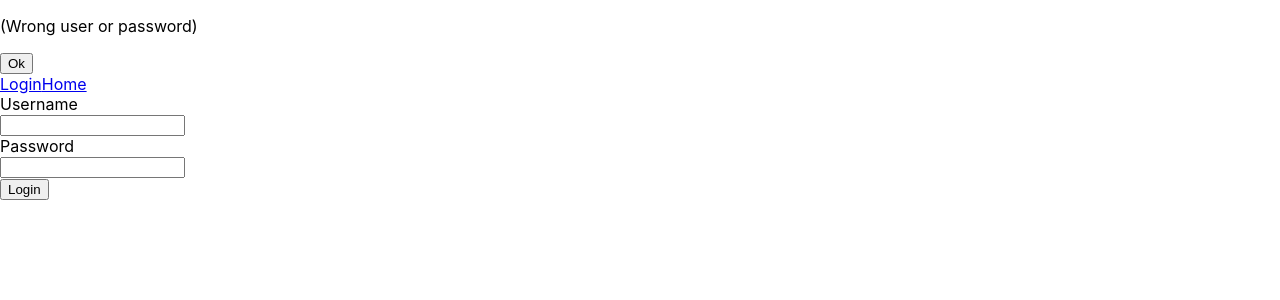
Repository: alinasuciu/endava-test
Page: /login, after clicking the first element matching `button`
These files come from the project's save history. The page is drawn as it stood at one moment and after the next save; the edit follows.
The browser window is 1280 px wide. The pictures show the whole page.
The project was rebuilt for these pictures with package versions that can differ from the ones it lists, and the page was loaded fresh each time. Also part of the build but not shown: src/views/Homepage/index.js, src/components/ProtectedRoute/index.js.

Above is the page before, as saved 2022-08-03 22:25:39.

### src/index.js
import React from 'react';
import ReactDOM from 'react-dom/client';
import { BrowserRouter } from "react-router-dom";
import './index.css';
import App from './App';
import reportWebVitals from './reportWebVitals';

const { createMemoryHistory } = require("history");

const history = createMemoryHistory();

const root = ReactDOM.createRoot(document.getElementById('root'));
root.render(
  <React.StrictMode>
    <BrowserRouter location={history.location} navigator={history}>
      <App />
    </BrowserRouter>
  </React.StrictMode>
);

// If you want to start measuring performance in your app, pass a function
// to log results (for example: reportWebVitals(console.log))
// or send to an analytics endpoint. Learn more: https://bit.ly/CRA-vitals
reportWebVitals();

### src/App.js
import React from "react";
import ViewRoutes from "./views/routes";
import { ApiErrorProvider } from "./common/providers";
import { AuthProvider } from "./common/providers";
import ApiErrorNotification from "./components/ApiErrorNotification";
import Header from "./layout/Header";

const App = () => {

  return (
    <div className="App">
      <ApiErrorProvider>
        <ApiErrorNotification />
        <AuthProvider>
          <>
            <Header />
            <ViewRoutes />
          </>
        </AuthProvider>
      </ApiErrorProvider>
    </div>
  );
};

export default App;

### src/views/routes/index.js
import React from "react";
import { Routes, Route, Navigate } from "react-router-dom";
import Homepage from "../Homepage";
import Login from "../Login";
import { useAuth } from "../../common/hooks";
import { ProtectedRoute } from "../../components/ProtectedRoute";

const ViewRoutes = () => {
  const { isLoggin } = useAuth();
  return (
    <Routes>
      <Route
        exact
        path="/login"
        element={isLoggin ? <Navigate replace to="/" /> : <Login />}
      />
      <Route
        path="/"
        element={
          <ProtectedRoute>
            <Homepage />
          </ProtectedRoute>
        }
      />
    </Routes>
  );
};

export default ViewRoutes;

### src/common/providers/index.js
import React, { useState, useCallback } from "react";
import { fakeAuth } from "../../service";
import { setUserCookie, deleteUserCookie } from "../../utils";
import { useApiError } from "../hooks";

export const ApiErrorContext = React.createContext({
  error: null,
  addError: () => {},
  removeError: () => {},
});

export function ApiErrorProvider({ children }) {
  const [error, setError] = useState(null);

  const removeError = () => setError(null);

  const addError = (message, status) => setError({ message, status });

  const contextValue = {
    error,
    addError: useCallback((message, status) => addError(message, status), []),
    removeError: useCallback(() => removeError(), []),
  };

  return (
    <ApiErrorContext.Provider value={contextValue}>
      {children}
    </ApiErrorContext.Provider>
  );
}

export const AuthContext = React.createContext({
  isLoggin: null,
  onLogin: () => {},
  onLogout: () => {},
});

export const AuthProvider = ({ children }) => {
  const [isLoggin, setIsLoggin] = React.useState(null);
  const { addError } = useApiError();

  const onLogin = async (user, pass) => {
    try {
      await fakeAuth(user, pass);
      setIsLoggin(true);
      setUserCookie("666666");
    } catch (error) {
      addError(error.message);
    }
  };

  const onLogout = () => {
    setIsLoggin(null);
    deleteUserCookie("666666");
  };

  const contextValue = {
    isLoggin,
    onLogin: useCallback((user, pass) => onLogin(user, pass), []),
    onLogout: useCallback(() => onLogout(), []),
  };

  return (
    <AuthContext.Provider value={contextValue}>{children}</AuthContext.Provider>
  );
};

### src/components/ApiErrorNotification/index.js
import { useApiError } from "../../common/hooks";

export default function ApiErrorNotification() {
  const { error, removeError } = useApiError();

  const handleSubmit = () => {
    removeError();
  };

  return (
    error && (
      <div>
        {error.message && <p>({error.message})</p>}
        <button onClick={handleSubmit}>Ok</button>
      </div>
    )
  );
}

### src/layout/Header/index.js
import { Link } from "react-router-dom";
import { useAuth } from "../../common/hooks";

export default function Header() {
  const { isLoggin, onLogout } = useAuth();
  return (
    <header className="header">
      <div className="header__content">
        <Link to={"/login"}>Login</Link>
        <Link to="/">Home</Link>
        {isLoggin && (
          <button type="button" onClick={() => onLogout()}>
            Sign Out
          </button>
        )}
      </div>
    </header>
  );
}

### src/views/Login/index.js
import React from "react";
import Form from "./Form";

export default function Login() {
  return <Form />;
}

### src/common/hooks/index.js
import { useContext } from "react";
import { ApiErrorContext, AuthContext } from "../providers";

export function useApiError() {
  const { error, addError, removeError } = useContext(ApiErrorContext);
  return { error, addError, removeError };
}

export function useAuth() {
  const { isLoggin, onLogin, onLogout } = useContext(AuthContext);
  return { isLoggin, onLogin, onLogout };
}

### src/service/index.js
import api from "../api";

const userData = {
  user: "alina",
  pass: "alina",
};

export const getProductById = (id) => {
  return api({ url: `product/${id}` });
};

export const fakeAuth = (user, pass) => {
  if (userData.user === user && userData.pass === pass) {
    return Promise.resolve({ user, pass });
  } else {
    return Promise.reject(new Error("Wrong user or password"));
  }
};

### src/utils/index.js
export function setUserCookie(token) {
  var now = new Date();
  var time = now.getTime();
  var expireTime = time + 50000;
  now.setTime(expireTime);
  document.cookie =
    "token="+token+";expires=" + now.toUTCString();
}

export function deleteUserCookie(token) {
    document.cookie = "token=;expires=Thu, 18 Dec 2013 12:00:00 UTC";
}

### src/components/Button/index.js
import React from "react";

export default function Button({ type, children, onClick }) {
  return (
    <button type={type} onClick={onClick}>
      {children}
    </button>
  );
}

### src/views/Login/Form/index.js
import React, { useState, useEffect } from "react";
import InputPasswordComponent from "../../../components/InputPasswordComponent";
import InputTextComponent from "../../../components/InputTextComponent";
import Button from "../../../components/Button";
import { useAuth } from "../../../common/hooks";

export default function LoginForm() {
  const [password, setPassword] = useState("");
  const [username, setUsername] = useState("");
  const { isLoggin, onLogin } = useAuth();

  useEffect(() => {
    setPassword('');
    setUsername('');
  }, [isLoggin]);

  return (
    <div className="login-form">
      <form>
        <InputTextComponent
          name="name"
          id="login-user"
          onChange={setUsername}
          label="Username"
          value={username}
        />
        <InputPasswordComponent
          name="pass"
          id="login-pass"
          onChange={setPassword}
          label="Password"
          value={password}
        />
        <Button type="button" onClick={() => onLogin(username, password)}>
          Login
        </Button>
      </form>
    </div>
  );
}

### src/api/index.js
import axios from "axios";
import { API_BASE } from "../service/envConstants";

const config = {
  headers: {
    "Access-Control-Allow-Origin": "*",
  },
  baseURL: `${API_BASE}/api/`,
};
const axiosInstance = axios.create(config);

const api = async (options) => {
  try {
    const response = await axiosInstance(options);
    return response.data;
  } catch (error) {
    return Promise.reject(error.response.headers['x-message']);
  }
};

export default api;

### src/components/InputPasswordComponent/index.js
import React from "react";

export default function InputPasswordComponent({
  cssClasses,
  error,
  id,
  label,
  required,
  onChange,
  ...rest
}) {
  return (
    <label htmlFor={id}>
      {label}
      <div>
        <input
          id={id}
          type="password"
          className={cssClasses}
          required
          {...rest}
          onChange={(e) => onChange(e.target.value)}
        />
      </div>
    </label>
  );
}

### src/components/InputTextComponent/index.js
import React from "react";

export default function InputTextComponent({
  cssClasses,
  error,
  id,
  label,
  required,
  onChange,
  ...rest
}) {
  return (
    <label htmlFor={id}>
      {label}
      <div>
        <input
          id={id}
          type="text"
          className={cssClasses}
          required
          {...rest}
          onChange={(e) => onChange(e.target.value)}
        />
      </div>
    </label>
  );
}

### src/service/envConstants.js
export const API_BASE = "https://62343fe7-49ca-43a7-9532-92b8846079ed.mock.pstmn.io"

Loaded but not shown: public/index.html (common file); src/index.css (common file); src/reportWebVitals.js (common file)

After the next save:
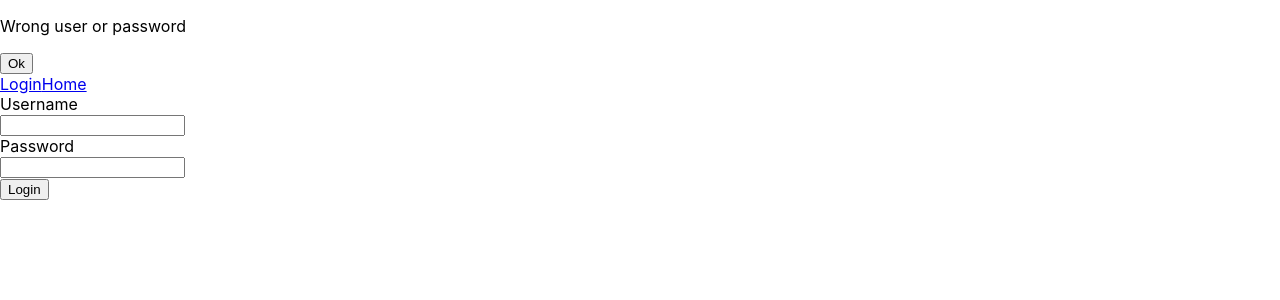
Saved 33 s later.
--- a/src/components/ApiErrorNotification/index.js
+++ b/src/components/ApiErrorNotification/index.js
@@ -10,7 +10,7 @@ export default function ApiErrorNotification() {
   return (
     error && (
       <div>
-        {error.message && <p>({error.message})</p>}
+        {error.message && <p>{error.message}</p>}
         <button onClick={handleSubmit}>Ok</button>
       </div>
     )
